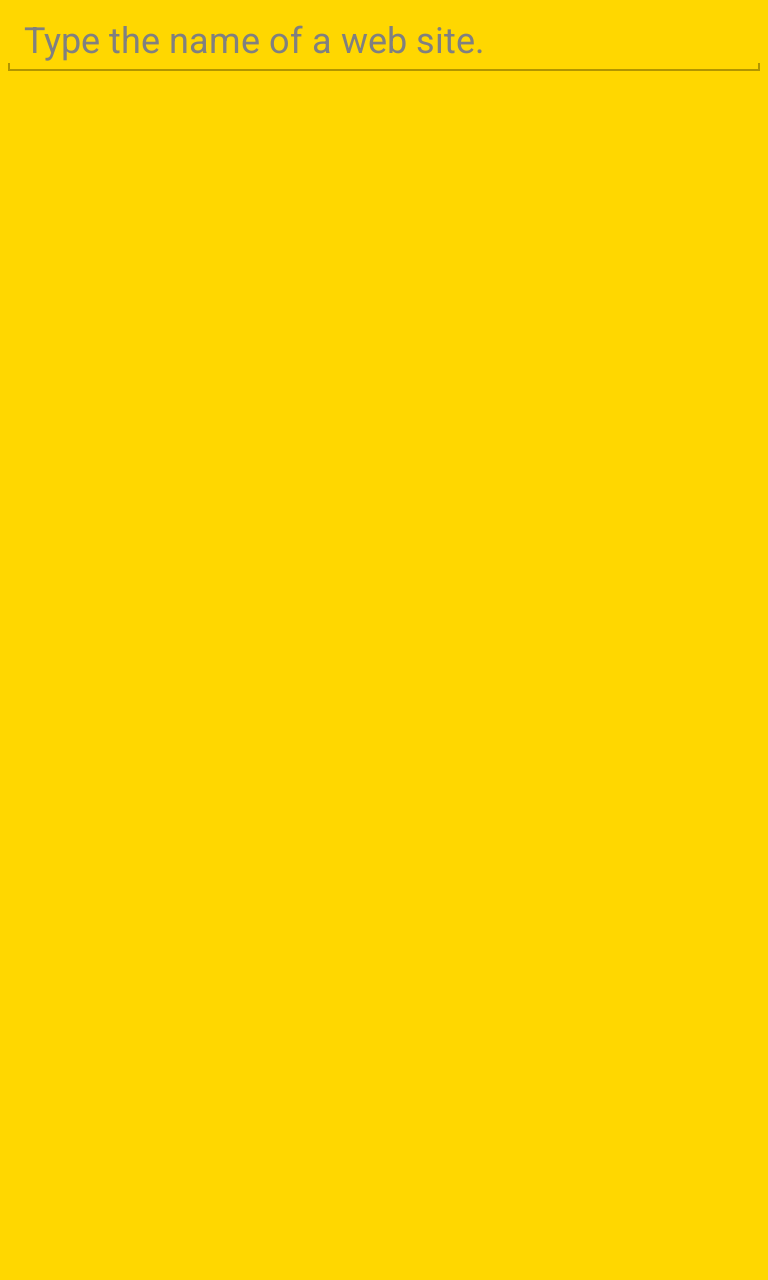
Repository: kenshiryu7/mdv-projects
Layout: MDF3/project_4/Project4/res/layout/main_lay.xml
The author's editor kept a copy of each file at every save. The layout is drawn from the files as they stood at one save, then again after the next save.
It is drawn on a 768 x 1280 px phone screen (xhdpi) without system bars, with theme AppTheme; the app's code is not run.

Above is the layout before, as saved 2013-02-27 05:52:24.

### MDF3/project_4/Project4/res/layout/main_lay.xml
<LinearLayout xmlns:android="http://schemas.android.com/apk/res/android"
    xmlns:tools="http://schemas.android.com/tools"
    android:layout_width="match_parent"
    android:layout_height="match_parent"
    android:background="#FFD700"
    android:orientation="vertical" >

    <EditText
        android:id="@+id/message"
        android:layout_width="fill_parent"
        android:layout_height="wrap_content"
        android:hint="@string/hint" >

    </EditText>
</LinearLayout>

### MDF3/project_4/Project4/res/values/strings.xml
<?xml version="1.0" encoding="utf-8"?>
<resources>

    <string name="app_name">Project4</string>
    <string name="action_settings">Settings</string>
    <string name="hello_world">Hello world!</string>

    <string name="hint">Type the name of a web site.</string>

</resources>

Loaded but not shown: MDF3/project_4/Project4/res/values/styles.xml (common file); MDF3/project_4/Project4/res/values-v11/styles.xml (common file); MDF3/project_4/Project4/res/values-v14/styles.xml (common file)

After the next save:
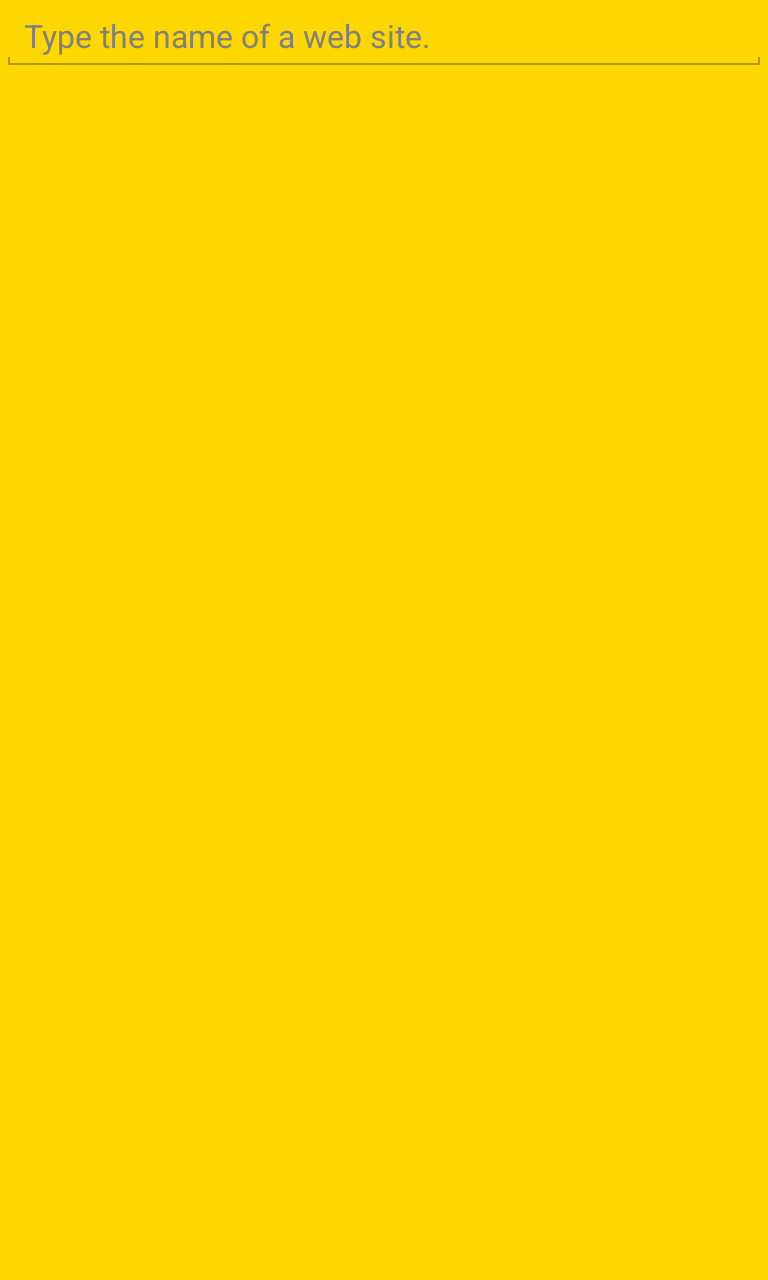
Saved 6 s later.
--- a/MDF3/project_4/Project4/res/layout/main_lay.xml
+++ b/MDF3/project_4/Project4/res/layout/main_lay.xml
@@ -7,6 +7,7 @@
 
     <EditText
         android:id="@+id/message"
+        style="@style/AppTheme"
         android:layout_width="fill_parent"
         android:layout_height="wrap_content"
         android:hint="@string/hint" >

After the save that followed:
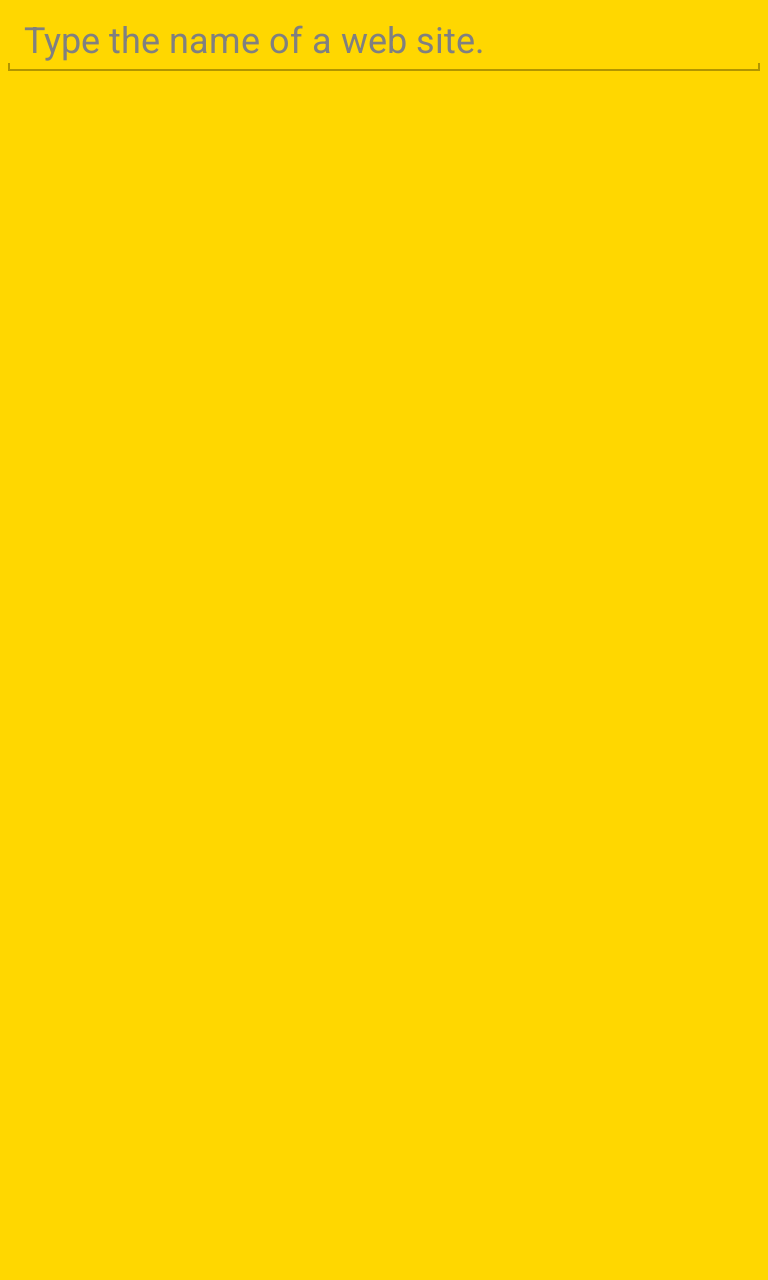
Saved 2 min 18 s later.
--- a/MDF3/project_4/Project4/res/layout/main_lay.xml
+++ b/MDF3/project_4/Project4/res/layout/main_lay.xml
@@ -7,7 +7,6 @@
 
     <EditText
         android:id="@+id/message"
-        style="@style/AppTheme"
         android:layout_width="fill_parent"
         android:layout_height="wrap_content"
         android:hint="@string/hint" >
